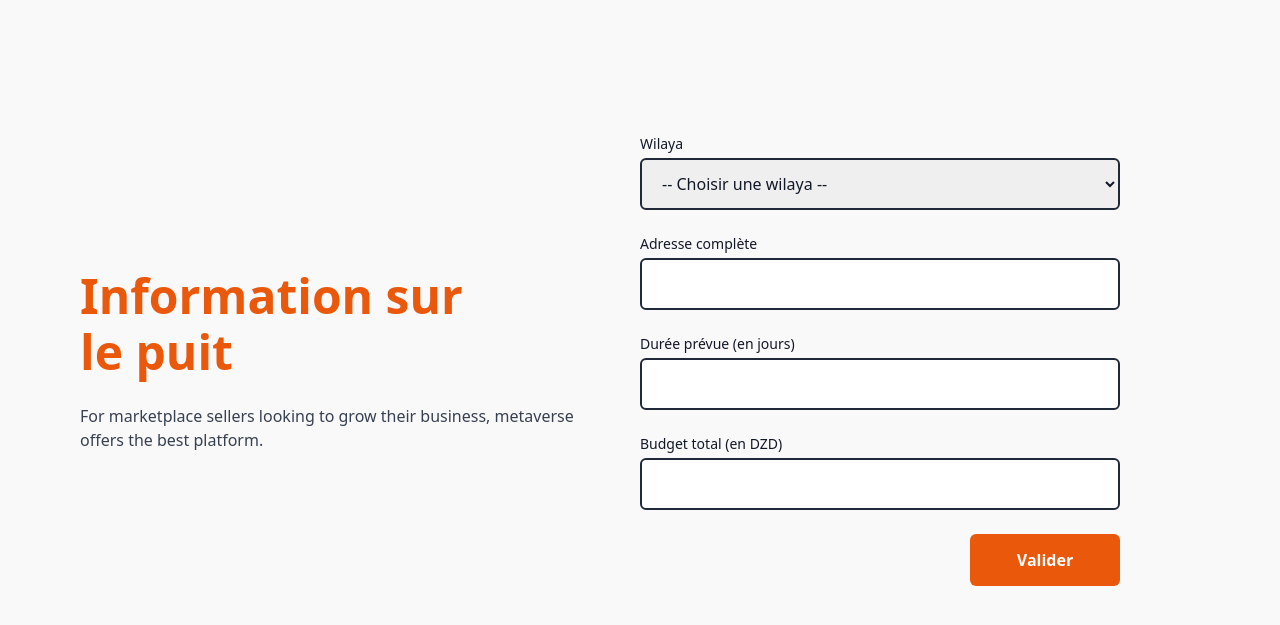
Repository: 123455675848484848484884848484/Projet_2cs
Page: /info-puit (app in front/)
An editor plug-in stored every save of this project. The page is shown before and after the next save, followed by the edit.
The browser window is 1280 px wide. The pictures show the whole page.
The project was rebuilt for these pictures with package versions that can differ from the ones it lists, and the page was loaded fresh each time. Also part of the build but not shown: front/src/App.css, front/src/LancerPuit.jsx, front/src/MesPuits.jsx, front/src/PhasesPrevision.jsx, front/src/OperationsPrevision.jsx.

Above is the page before, as saved 2025-04-24 10:04:26.

After the next save:
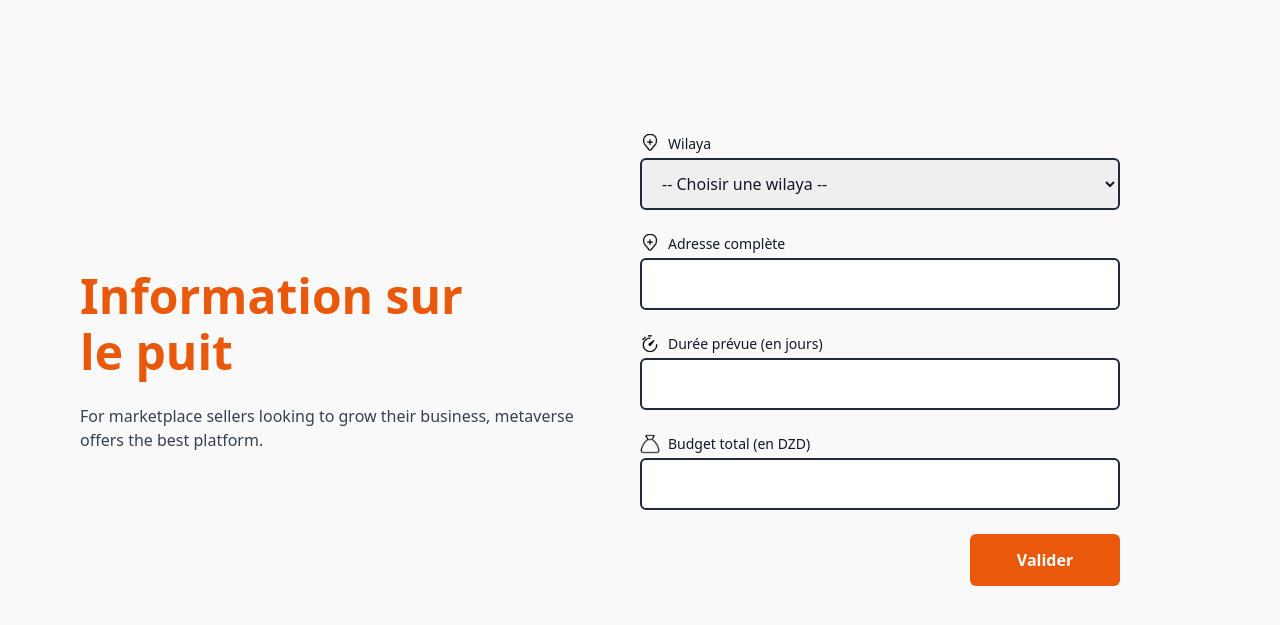
Saved 2 min 22 s later.
--- a/front/src/InformationPuit.jsx
+++ b/front/src/InformationPuit.jsx
@@ -45,73 +45,77 @@ const InformationPuit = () => {
 
       {/* Colonne droite : formulaire */}
       <form onSubmit={handleSubmit} className="w-1/2 flex flex-col gap-6 max-w-[480px]">
-        {/* Wilaya */}
-        <div>
-          <label htmlFor="wilaya" className="block text-sm font-medium text-gray-900 mb-1">
-            Wilaya
-          </label>
-          <select
-            id="wilaya"
-            name="wilaya"
-            value={formData.wilaya}
-            onChange={handleChange}
-            className="w-full h-[52px] border-2 border-gray-800 rounded-md px-4 text-[16px] text-gray-900 focus:outline-none focus:border-orange-600 focus:ring-0 focus:text-orange-600"
-            required
-          >
-            <option value="">-- Choisir une wilaya --</option>
-            {wilayas.map((wilaya) => (
-              <option key={wilaya} value={wilaya}>{wilaya}</option>
-            ))}
-          </select>
-        </div>
+       {/* Wilaya */}
+<div>
+  <label htmlFor="wilaya" className="flex items-center gap-2 text-sm font-medium text-gray-900 mb-1">
+    <img src="/lieu.png" alt="lieu" className="w-5 h-5" />
+    Wilaya
+  </label>
+  <select
+    id="wilaya"
+    name="wilaya"
+    value={formData.wilaya}
+    onChange={handleChange}
+    className="w-full h-[52px] border-2 border-gray-800 rounded-md px-4 text-[16px] text-gray-900 focus:outline-none focus:border-orange-600 focus:ring-0 focus:text-orange-600"
+    required
+  >
+    <option value="">-- Choisir une wilaya --</option>
+    {wilayas.map((wilaya) => (
+      <option key={wilaya} value={wilaya}>{wilaya}</option>
+    ))}
+  </select>
+</div>
 
-        {/* Adresse */}
-        <div>
-          <label htmlFor="adresse" className="block text-sm font-medium text-gray-900 mb-1">
-            Adresse complète
-          </label>
-          <input
-            type="text"
-            id="adresse"
-            name="adresse"
-            value={formData.adresse}
-            onChange={handleChange}
-            className="w-full h-[52px] border-2 border-gray-800 rounded-md px-4 text-[16px] text-gray-900 focus:outline-none focus:border-orange-600 focus:ring-0 focus:text-orange-600"
-            required
-          />
-        </div>
+{/* Adresse */}
+<div>
+  <label htmlFor="adresse" className="flex items-center gap-2 text-sm font-medium text-gray-900 mb-1">
+    <img src="/lieu.png" alt="lieu" className="w-5 h-5" />
+    Adresse complète
+  </label>
+  <input
+    type="text"
+    id="adresse"
+    name="adresse"
+    value={formData.adresse}
+    onChange={handleChange}
+    className="w-full h-[52px] border-2 border-gray-800 rounded-md px-4 text-[16px] text-gray-900 focus:outline-none focus:border-orange-600 focus:ring-0 focus:text-orange-600"
+    required
+  />
+</div>
 
-        {/* Durée */}
-        <div>
-          <label htmlFor="duree" className="block text-sm font-medium text-gray-900 mb-1">
-            Durée prévue (en jours)
-          </label>
-          <input
-            type="number"
-            id="duree"
-            name="duree"
-            value={formData.duree}
-            onChange={handleChange}
-            className="w-full h-[52px] border-2 border-gray-800 rounded-md px-4 text-[16px] text-gray-900 focus:outline-none focus:border-orange-600 focus:ring-0 focus:text-orange-600"
-            required
-          />
-        </div>
+{/* Durée */}
+<div>
+  <label htmlFor="duree" className="flex items-center gap-2 text-sm font-medium text-gray-900 mb-1">
+    <img src="/timer.png" alt="durée" className="w-5 h-5" />
+    Durée prévue (en jours)
+  </label>
+  <input
+    type="number"
+    id="duree"
+    name="duree"
+    value={formData.duree}
+    onChange={handleChange}
+    className="w-full h-[52px] border-2 border-gray-800 rounded-md px-4 text-[16px] text-gray-900 focus:outline-none focus:border-orange-600 focus:ring-0 focus:text-orange-600"
+    required
+  />
+</div>
 
-        {/* Budget */}
-        <div>
-          <label htmlFor="budget" className="block text-sm font-medium text-gray-900 mb-1">
-            Budget total (en DZD)
-          </label>
-          <input
-            type="number"
-            id="budget"
-            name="budget"
-            value={formData.budget}
-            onChange={handleChange}
-            className="w-full h-[52px] border-2 border-gray-800 rounded-md px-4 text-[16px] text-gray-900 focus:outline-none focus:border-orange-600 focus:ring-0 focus:text-orange-600"
-            required
-          />
-        </div>
+{/* Budget */}
+<div>
+  <label htmlFor="budget" className="flex items-center gap-2 text-sm font-medium text-gray-900 mb-1">
+    <img src="/cout.png" alt="budget" className="w-5 h-5" />
+    Budget total (en DZD)
+  </label>
+  <input
+    type="number"
+    id="budget"
+    name="budget"
+    value={formData.budget}
+    onChange={handleChange}
+    className="w-full h-[52px] border-2 border-gray-800 rounded-md px-4 text-[16px] text-gray-900 focus:outline-none focus:border-orange-600 focus:ring-0 focus:text-orange-600"
+    required
+  />
+</div>
         {/* Bouton Valider */}
 <div className="text-right">
   <button
